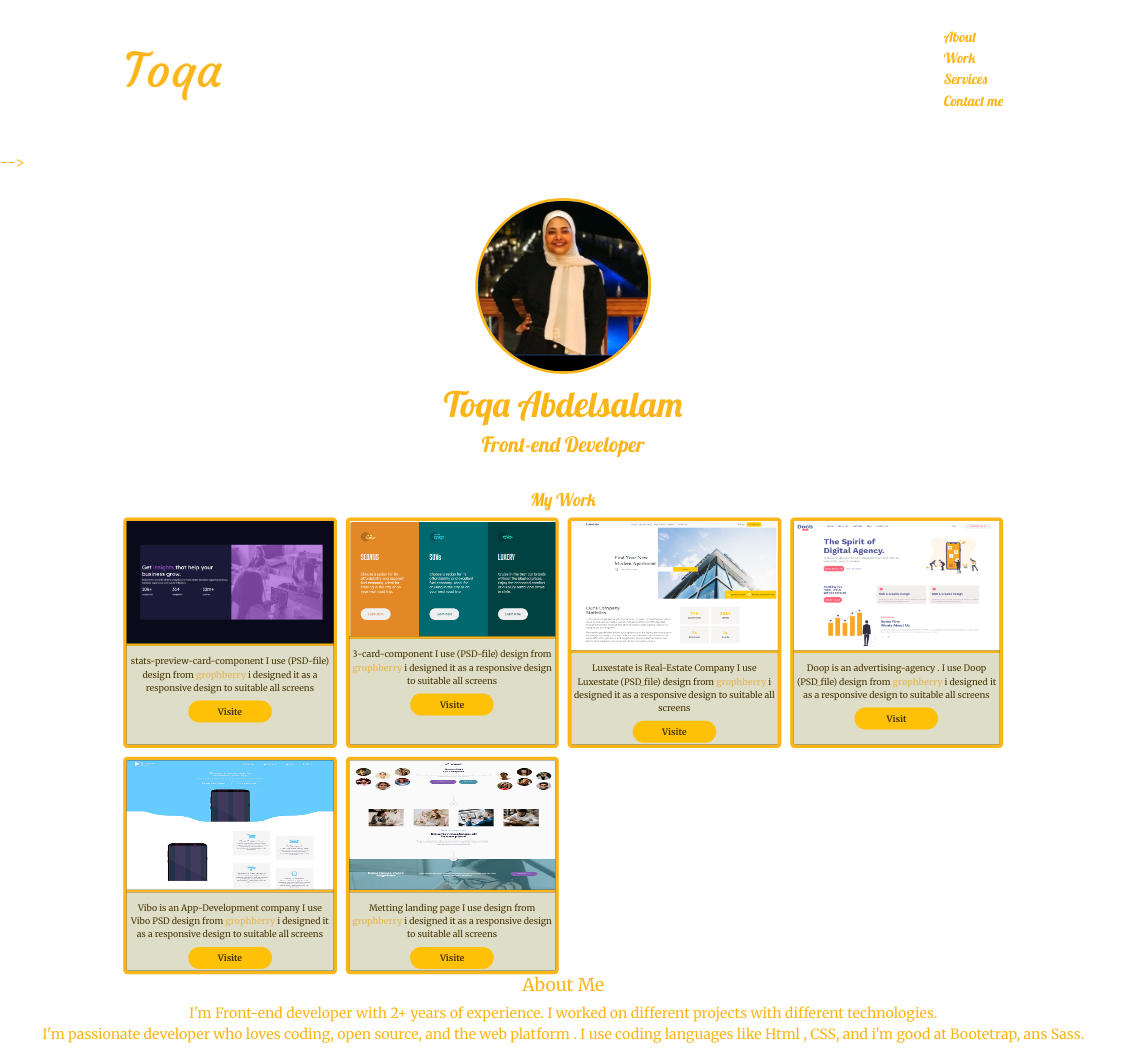
Repository: Toqa-25/portfolio
Page: index.html
The author's editor kept a copy of each file at every save. The page is drawn from the files as they stood at one save, then again after a run of saves.
The browser window is 1280 px wide. The pictures show the whole page, at 88% of full size.
Some web fonts or font styles are not loaded; a fallback is used.

Above is the page before, as saved 2021-10-31 16:25:32.

After the next 3 saves:
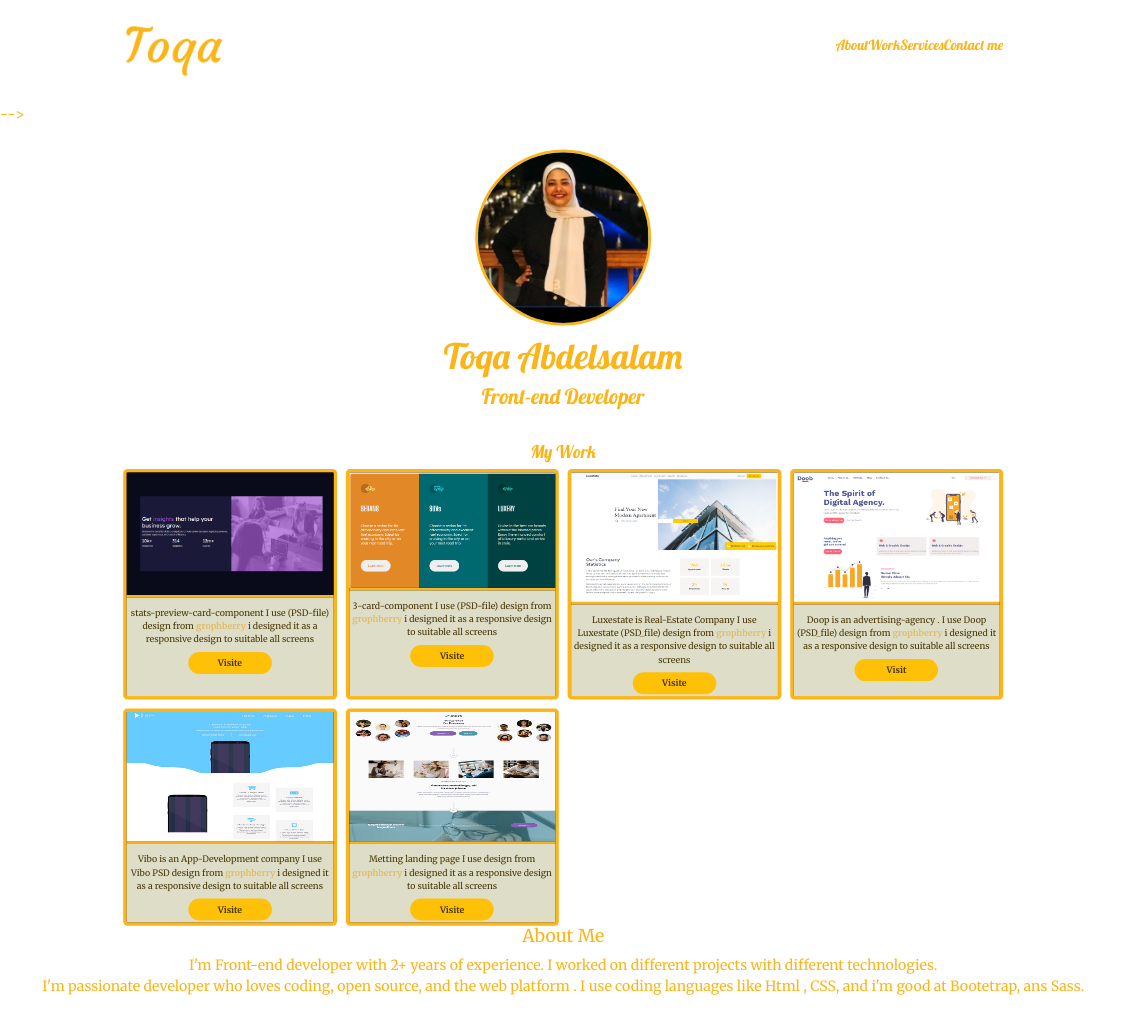
The 3 saves are shown as one change because they came seconds apart.
The last was saved 8 s later.
--- a/css/style.css
+++ b/css/style.css
@@ -50,7 +50,7 @@
      display: none;
  }
  .header-nav .list{
-     di
+     display: flex;
  }
   nav img{
      margin-top:10px;

After the 6 saves that followed:
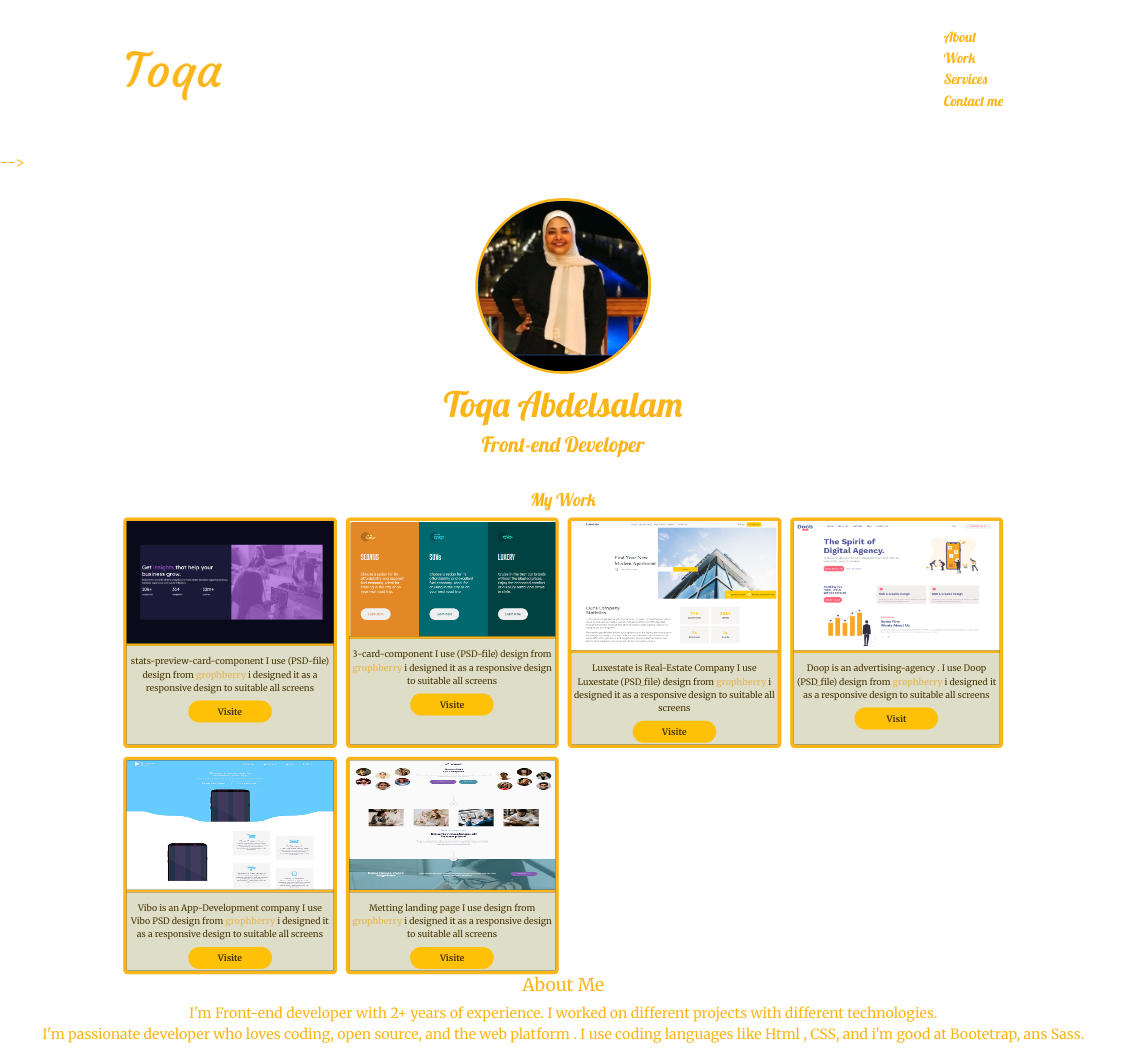
The 6 saves are shown as one change because 3 left the picture as it was and some came seconds apart.
The last was saved 48 s later.
--- a/css/style.css
+++ b/css/style.css
@@ -50,7 +50,9 @@
      display: none;
  }
  .header-nav .list{
+     width
      display: flex;
+     justify-content: space-between;
  }
   nav img{
      margin-top:10px;
